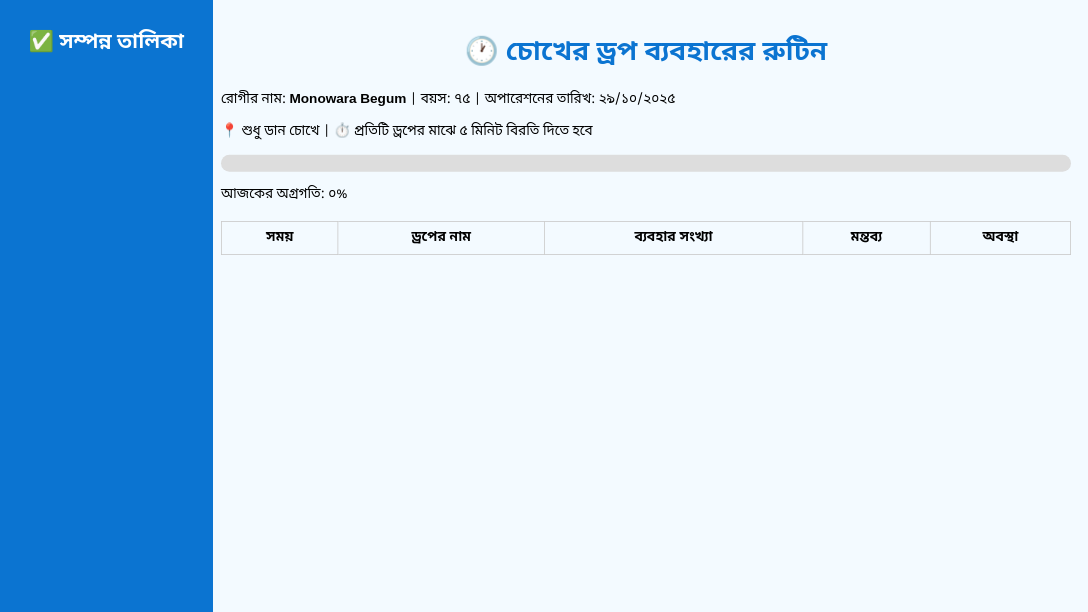
Repository: naimuddin1190/EyeDrop-Tracker
Page: index.html
An editor plug-in stored every save of this project. The page is shown before and after the next save, followed by the edit.
The browser window is 1280 px wide. The pictures show the whole page, at 85% of full size.

Above is the page before, as saved 2025-10-31 09:56:59.
Console error: TypeError: Cannot read properties of null (reading 'addEventListener')

After the next save:
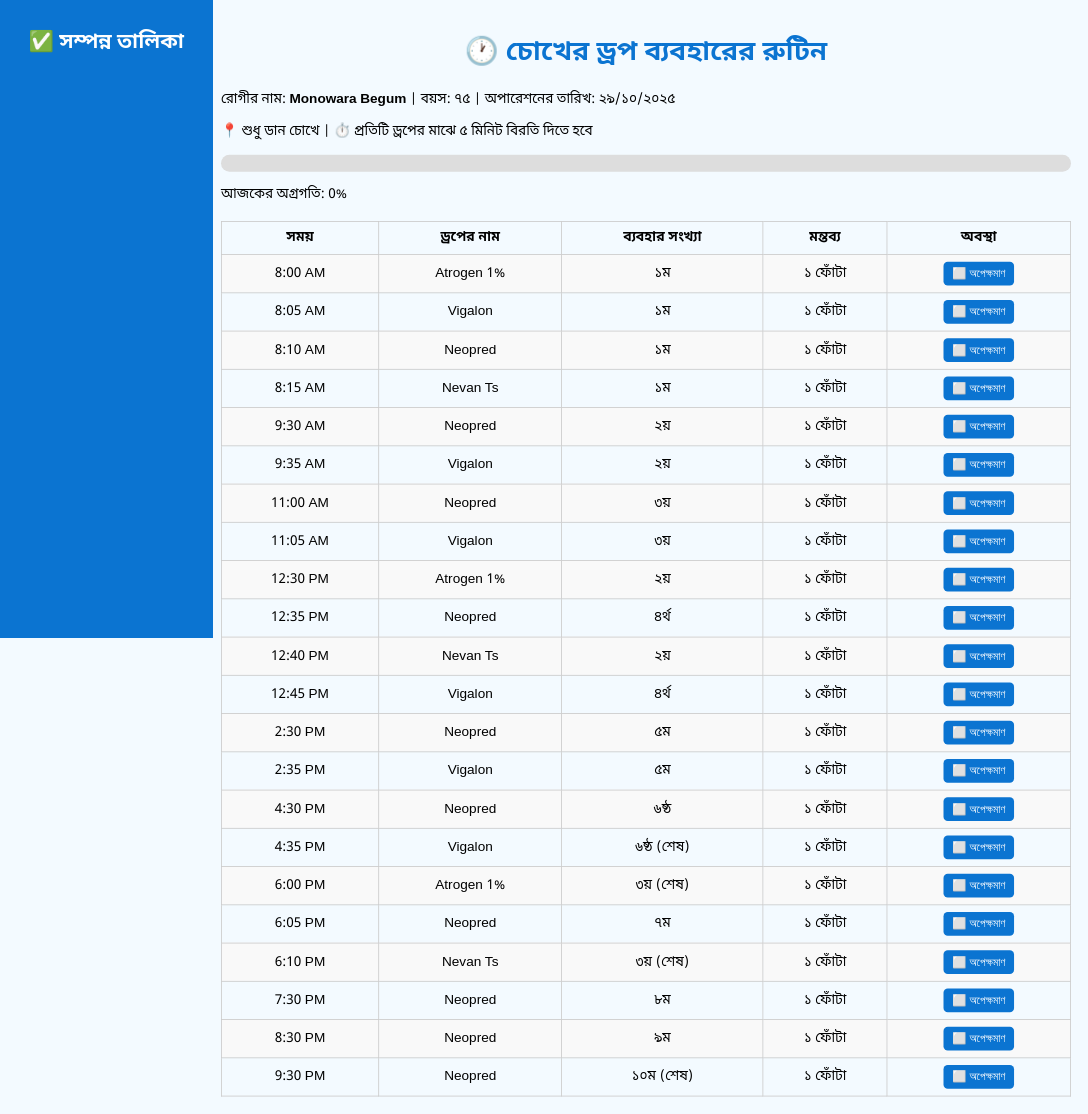
The error is gone.
Saved 15 s later.
--- a/app.js
+++ b/app.js
@@ -1,51 +1,82 @@
-const drops = [
-  { name: "Atrogen 1%", times: ["8:00", "14:00", "20:00"] },
-  { name: "Vigalon", times: ["8:30", "11:30", "14:30", "17:30", "20:30", "22:00"] },
-  { name: "Neopred", times: ["8:00", "9:00", "10:00", "11:00", "12:00", "13:00", "14:00", "15:00", "16:00", "17:00"] },
-  { name: "Nevan Ts", times: ["9:00", "15:00", "21:00"] }
+const scheduleData = [
+  ["8:00 AM", "Atrogen 1%", "১ম", "১ ফোঁটা"],
+  ["8:05 AM", "Vigalon", "১ম", "১ ফোঁটা"],
+  ["8:10 AM", "Neopred", "১ম", "১ ফোঁটা"],
+  ["8:15 AM", "Nevan Ts", "১ম", "১ ফোঁটা"],
+  ["9:30 AM", "Neopred", "২য়", "১ ফোঁটা"],
+  ["9:35 AM", "Vigalon", "২য়", "১ ফোঁটা"],
+  ["11:00 AM", "Neopred", "৩য়", "১ ফোঁটা"],
+  ["11:05 AM", "Vigalon", "৩য়", "১ ফোঁটা"],
+  ["12:30 PM", "Atrogen 1%", "২য়", "১ ফোঁটা"],
+  ["12:35 PM", "Neopred", "৪র্থ", "১ ফোঁটা"],
+  ["12:40 PM", "Nevan Ts", "২য়", "১ ফোঁটা"],
+  ["12:45 PM", "Vigalon", "৪র্থ", "১ ফোঁটা"],
+  ["2:30 PM", "Neopred", "৫ম", "১ ফোঁটা"],
+  ["2:35 PM", "Vigalon", "৫ম", "১ ফোঁটা"],
+  ["4:30 PM", "Neopred", "৬ষ্ঠ", "১ ফোঁটা"],
+  ["4:35 PM", "Vigalon", "৬ষ্ঠ (শেষ)", "১ ফোঁটা"],
+  ["6:00 PM", "Atrogen 1%", "৩য় (শেষ)", "১ ফোঁটা"],
+  ["6:05 PM", "Neopred", "৭ম", "১ ফোঁটা"],
+  ["6:10 PM", "Nevan Ts", "৩য় (শেষ)", "১ ফোঁটা"],
+  ["7:30 PM", "Neopred", "৮ম", "১ ফোঁটা"],
+  ["8:30 PM", "Neopred", "৯ম", "১ ফোঁটা"],
+  ["9:30 PM", "Neopred", "১০ম (শেষ)", "১ ফোঁটা"]
 ];
 
 const table = document.getElementById("schedule");
-const resetBtn = document.getElementById("reset");
+const completedList = document.getElementById("completedList");
+const progressBar = document.getElementById("progressBar");
+const progressText = document.getElementById("progressText");
 
 function loadSchedule() {
-  const saved = JSON.parse(localStorage.getItem("eyeDrops")) || {};
-  table.innerHTML = "<tr><th>ড্রপের নাম</th><th>সময়</th><th>অবস্থা</th></tr>";
+  const doneList = JSON.parse(localStorage.getItem("completedDrops")) || [];
+  table.innerHTML = `<tr><th>সময়</th><th>ড্রপের নাম</th><th>ব্যবহার সংখ্যা</th><th>মন্তব্য</th><th>অবস্থা</th></tr>`;
+  completedList.innerHTML = "";
 
-  drops.forEach(drop => {
-    drop.times.forEach(time => {
-      const key = `${drop.name}-${time}`;
-      const done = saved[key];
-      const row = document.createElement("tr");
-      row.innerHTML = `
-        <td>${drop.name}</td>
-        <td>${time}</td>
-        <td>
-          <button class="mark-btn" data-key="${key}">
-            ${done ? "✅ নেওয়া হয়েছে" : "⬜ নেওয়া বাকি"}
-          </button>
-        </td>`;
-      table.appendChild(row);
-    });
+  scheduleData.forEach((item) => {
+    const key = item.join("-");
+    const isDone = doneList.includes(key);
+
+    const tr = document.createElement("tr");
+    tr.innerHTML = `
+      <td>${item[0]}</td>
+      <td>${item[1]}</td>
+      <td>${item[2]}</td>
+      <td>${item[3]}</td>
+      <td><button class="mark-btn ${isDone ? 'done' : ''}" data-key="${key}">
+      ${isDone ? "✅ সম্পন্ন" : "⬜ অপেক্ষমাণ"}</button></td>
+    `;
+    table.appendChild(tr);
+
+    if (isDone) {
+      const li = document.createElement("li");
+      li.textContent = `${item[0]} - ${item[1]} (${item[2]})`;
+      completedList.appendChild(li);
+    }
   });
 
+  updateProgress(doneList.length);
   document.querySelectorAll(".mark-btn").forEach(btn => {
-    btn.addEventListener("click", () => toggleDrop(btn.dataset.key));
+    btn.addEventListener("click", () => toggleComplete(btn.dataset.key));
   });
 }
 
-function toggleDrop(key) {
-  const saved = JSON.parse(localStorage.getItem("eyeDrops")) || {};
-  saved[key] = !saved[key];
-  localStorage.setItem("eyeDrops", JSON.stringify(saved));
+function toggleComplete(key) {
+  let doneList = JSON.parse(localStorage.getItem("completedDrops")) || [];
+  if (doneList.includes(key)) {
+    doneList = doneList.filter(item => item !== key);
+  } else {
+    doneList.push(key);
+  }
+  localStorage.setItem("completedDrops", JSON.stringify(doneList));
   loadSchedule();
 }
 
-resetBtn.addEventListener("click", () => {
-  if (confirm("সব রেকর্ড মুছে ফেলতে চাও?")) {
-    localStorage.removeItem("eyeDrops");
-    loadSchedule();
-  }
-});
+function updateProgress(doneCount) {
+  const total = scheduleData.length;
+  const percent = Math.round((doneCount / total) * 100);
+  progressBar.style.width = percent + "%";
+  progressText.textContent = `আজকের অগ্রগতি: ${percent}%`;
+}
 
 loadSchedule();
